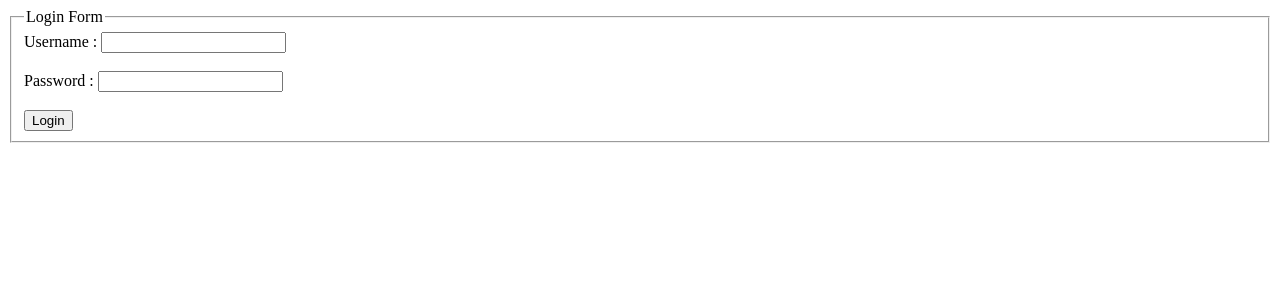
Repository: AnushkaSharma9/Make-an-E-commerce-Website-For-SportyShoes-sportyshoes
Page: http://localhost/phase3-Project-SportyShoes-Webappplication/login.jsp
An editor plug-in stored every save of this project. The page is shown before and after the next save, followed by the edit.
The browser window is 1280 px wide. The pictures show the whole page.
The page is served by Tomcat 9. Nobody is signed in. The application's start-up code is not run.

Above is the page before, as saved 2021-10-24 14:20:44.

After the next save:
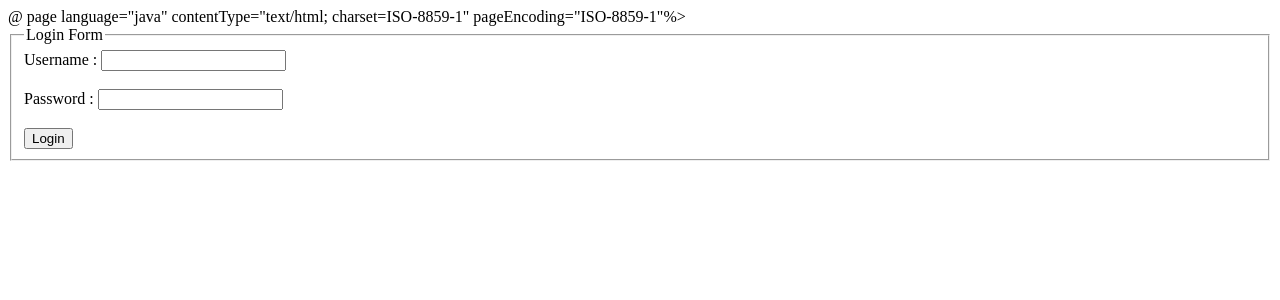
Saved 107 s later.
--- a/phase3-Project-SportyShoes-Webappplication/src/main/webapp/login.jsp
+++ b/phase3-Project-SportyShoes-Webappplication/src/main/webapp/login.jsp
@@ -1,4 +1,4 @@
-<%@ page language="java" contentType="text/html; charset=ISO-8859-1"
+@ page language="java" contentType="text/html; charset=ISO-8859-1"
     pageEncoding="ISO-8859-1"%>
 <!DOCTYPE html>
 <html>
